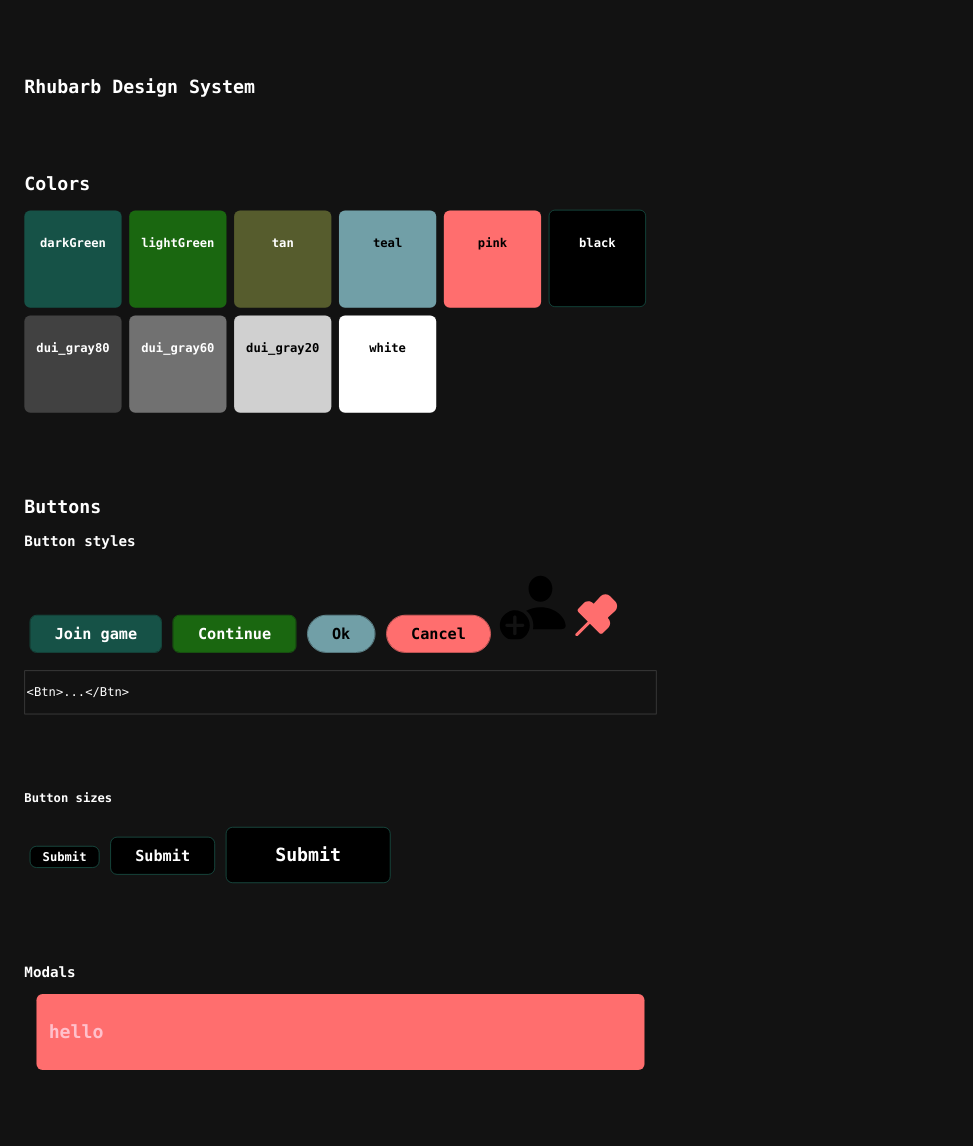
Repository: kttalley/designing-with-data_react-class
Page: / (app in lesson6_design-system-component-extension/)
These files come from the project's save history. The page is drawn as it stood at one moment and after the next save; the edit follows.
The browser window is 1280 px wide. The pictures show the whole page, at 76% of full size.
The project was rebuilt for these pictures with package versions that can differ from the ones it lists, and the page was loaded fresh each time. Imported but missing from the stored project, and not drawn on this page: lesson6_design-system-component-extension/src/Rhubarb/Input.

Above is the page before, as saved 2023-09-01 09:56:59.

After the next save:
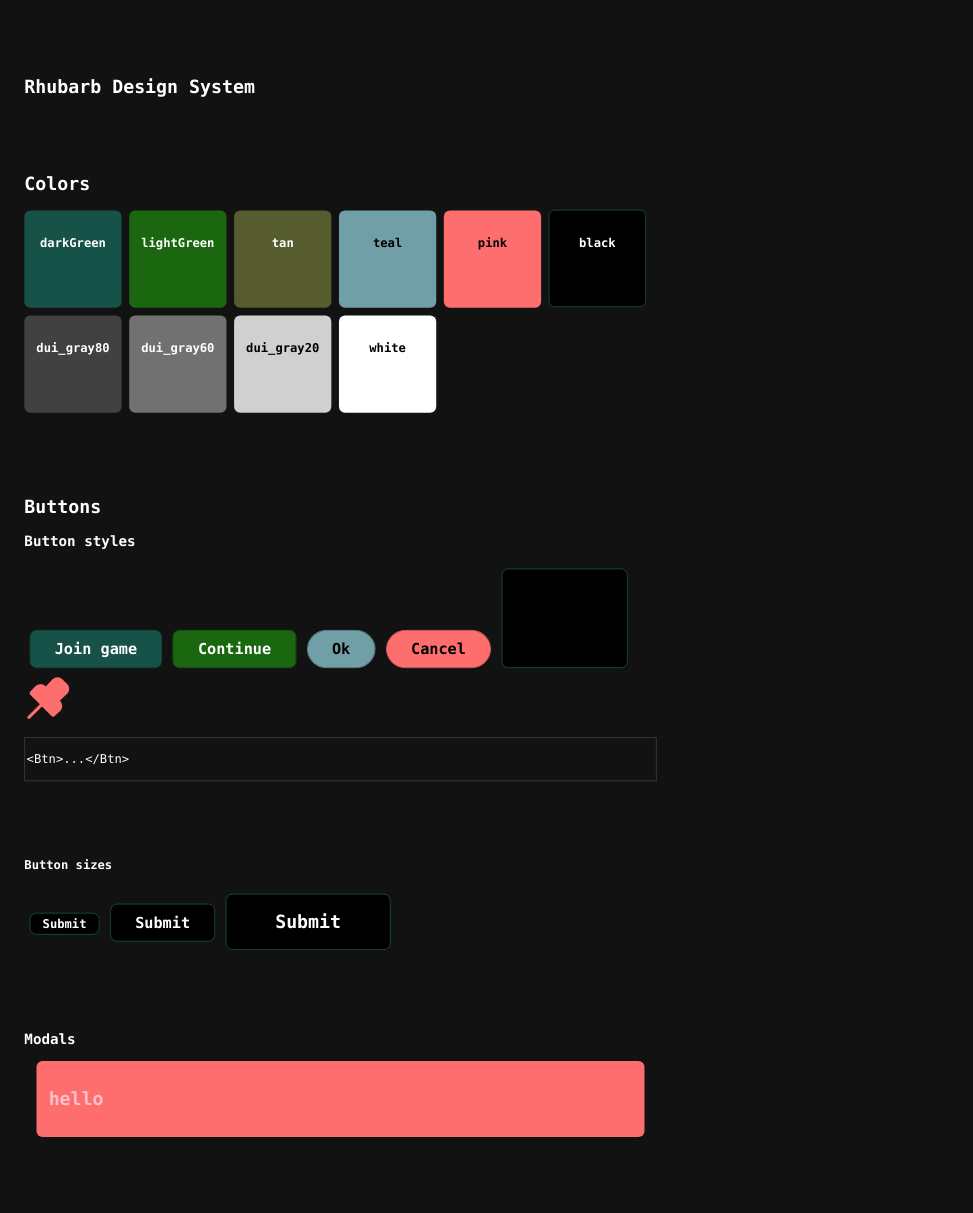
Saved 22 s later.
--- a/lesson6_design-system-component-extension/src/App.js
+++ b/lesson6_design-system-component-extension/src/App.js
@@ -40,7 +40,7 @@ class App extends Component {
           <Btn color="lightGreen">Continue</Btn>
           <Btn color="teal"  roundness="pill">Ok</Btn>
           <Btn color="pink"  roundness="pill">Cancel</Btn>
-          <Icon name="add" color="#000000" size={100}></Icon>
+          <Btn><Icon name="add" color="#000000" size={100}></Icon></Btn>
           <Icon name="pin" color={color.pink} size={fontSize[5]} />
           <DocsCodeBlock>
             <p>
